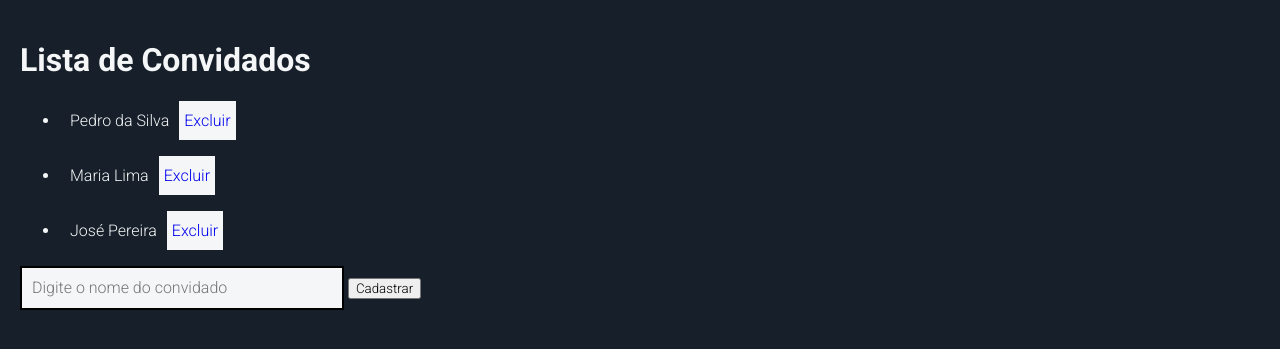
Repository: andrevff/lista-de-convidados
Page: index.html
An editor plug-in stored every save of this project. The page is shown before and after a run of saves, followed by the edit.
The browser window is 1280 px wide. The pictures show the whole page.

Above is the page before, as saved 2022-11-29 17:39:16.

### index.html
<!DOCTYPE html>
<html lang="pt-br">
<head>
    <meta charset="UTF-8">
    <meta http-equiv="X-UA-Compatible" content="IE=edge">
    <meta name="viewport" content="width=device-width, initial-scale=1.0">
    <link rel="stylesheet" type="text/css" href="assets/css/styles.css">
    <title>Lista de Convidados</title>
</head>
<body>
    <div id="app">
        <h1>Lista de Convidados</h1>
        <ul>
            <li>Pedro da Silva</li>
            <a href="#">Excluir</a>
        </ul>
        <ul>
            <li>Maria Lima</li>
            <a href="#">Excluir</a>
        </ul>
        <ul>
            <li>José Pereira</li>
            <a href="#">Excluir</a>
        </ul>

        <input type="text" name="" placeholder="Digite o nome do convidado" id="">
        <button>Cadastrar</button>

    </div>
    <script src="assets/js/scripts.js" type="text/javascript"></script>
</body>
</html>

### assets/css/styles.css
@import url('https://fonts.googleapis.com/css2?family=Roboto:wght@300;700&display=swap');

* {
    font-family: 'Roboto', sans-serif;
}

body {
    background-color: #17202A;
    color: #F4F6F7;
    padding: 12px;
}

h1 {
    font-weigth: 700;
}

ul {
    display: flex;
    //justify-content: flex-start;
}

li {
    padding: 10px;
}

a {
    text-decoration: none;
    background-color: #F4F6F7;
    padding: 10px 5px;
}

input {
    width: 300px;
    height: 20px;
    padding: 10px;
    font-size: 1em;
    background-color: #F4F6F7;
    border: 2px solid;
}

Loaded but not shown: assets/js/scripts.js (no stored copy; drawn as an empty file)

After the next 2 saves:
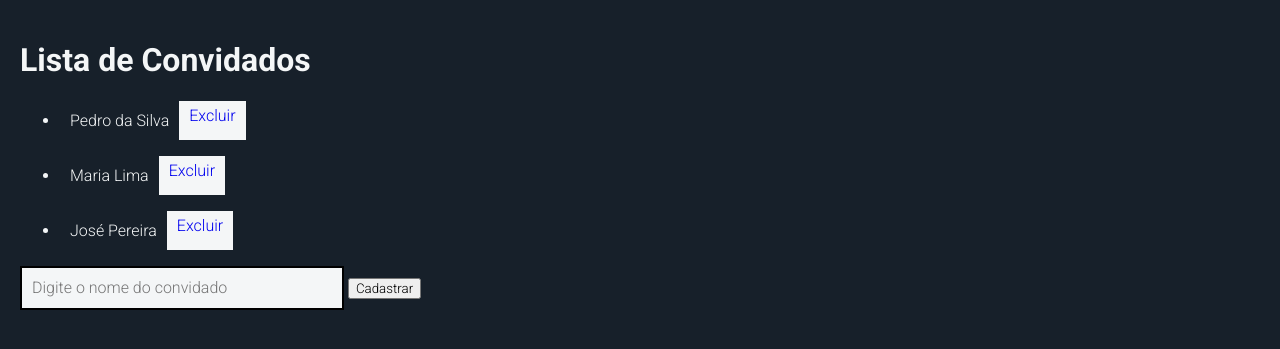
The 2 saves are shown as one change because they came seconds apart.
The last was saved 14 s later.
--- a/assets/css/styles.css
+++ b/assets/css/styles.css
@@ -26,7 +26,7 @@ li {
 a {
     text-decoration: none;
     background-color: #F4F6F7;
-    padding: 10px 5px;
+    padding: 5px 10px;
 }
 
 input {
